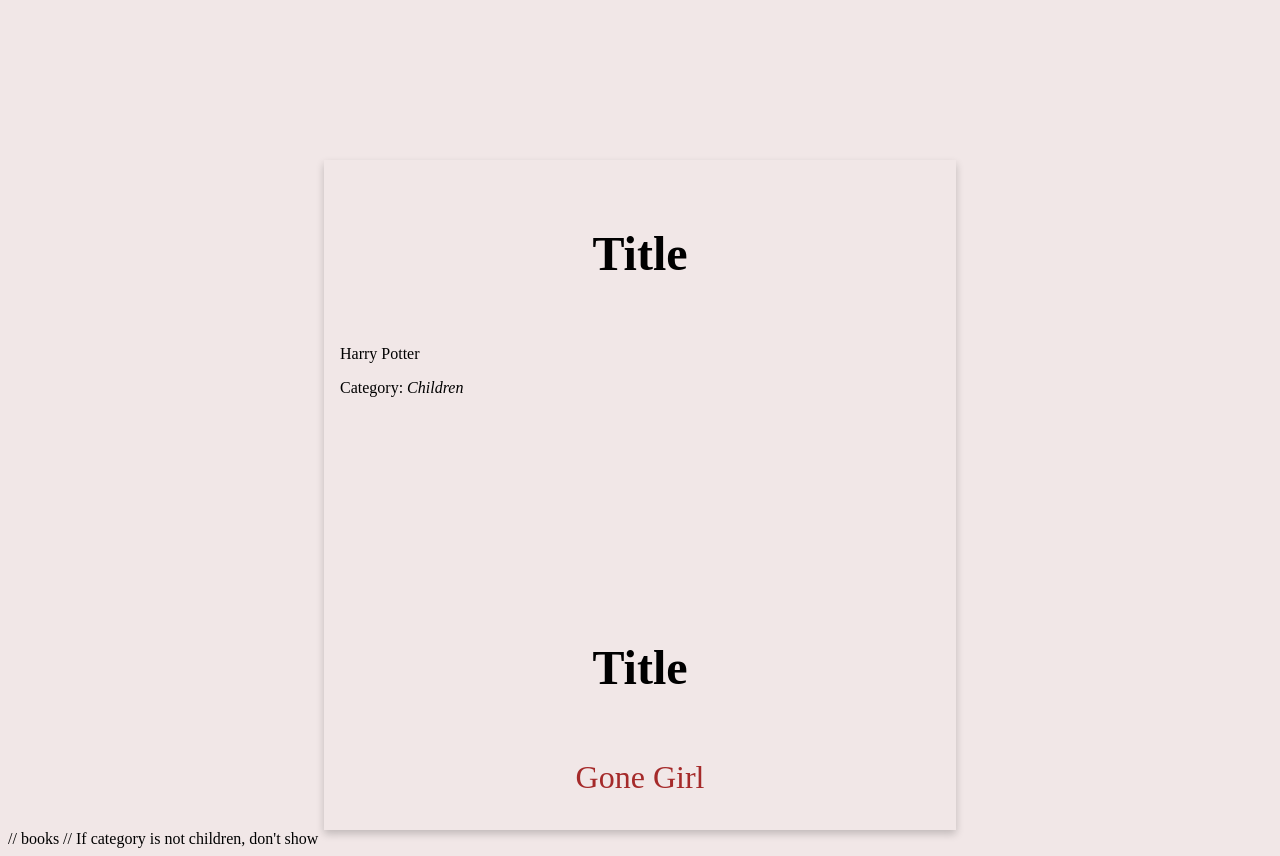
Repository: cyborgEneki/archangel-code-challenge
Page: index.html
An editor plug-in stored every save of this project. The page is shown before and after a run of saves, followed by the edit.
The browser window is 1280 px wide. The pictures show the whole page.
The style sheet was rebuilt from its Sass, Less or Tailwind sources for each picture, by a compiler version that may differ from the author's.

Above is the page before, as saved 2020-11-05 14:08:18.

### index.html
<!DOCTYPE html>
<html lang="en">

<head>
    <link rel="stylesheet" href="assets/css/styles.css">
</head>

<body>
    <div id="main"></div>
    <script src="bower_components/handlebars/handlebars.min.js"></script>
    <script src="bower_components/jquery/dist/jquery.min.js"></script>
    <script type="text/x-handlebars-template" id="template-script">
            <div class="card">
                <div class="card__container">
                    <h4 class="card__heading"><b>Title</b></h4>
                    <p class="card__title-text">Harry Potter</p>
                    <p class="card__category-text">Category: <i>Children</i></p>
                </div>
                <div class="card__container">
                    <h4 class="card__heading"><b>Title</b></h4>
                    <p class="card__text">Gone Girl</p>
                </div>
            </div>
    </script>
    <script src="assets/js/books.js"></script>
    <script src="assets/js/index.js"></script>
</body>
</html>


                    <!-- <p class="card__text">{{compareEquality a b real makeBelieve}}!</p> -->

    // books
    // If category is not children, don't show

### assets/js/index.js
$(function () {
    Handlebars.registerHelper("compareEquality", function (a, b, real, makeBelieve) {
        if (a == b) {
            return real;
        } else {
            return makeBelieve;
        };
    });
    let template = $('#template-script').html(),
        compiled = Handlebars.compile(template),
        rendered = compiled({
            a: 1,
            b: 1,
            real: 'an oblate spheroid',
            makeBelieve: 'flat'
        });
    $('#main').html(rendered);
});

### scss/styles.scss
$peach: #f1e7e7;

body {
    background-color: $peach;
}

.card {
    box-shadow: 0 4px 8px 0 rgba(0, 0, 0, 0.2);
    transition: 0.3s;
    width: 50%;
    margin: 0 auto;

    &__container {
        padding: 2px 16px;
        margin-top: 10rem;
    }

    &__heading {
        font-size: 3rem;
        text-align: center;
    }

    &__text {
        text-align: center;
        font-size: 2rem;
        color: brown;
    }
}

Loaded but not shown: bower_components/handlebars/handlebars.min.js (library); bower_components/jquery/dist/jquery.min.js (library); assets/js/books.js (no stored copy; drawn as an empty file)

After the next 2 saves:
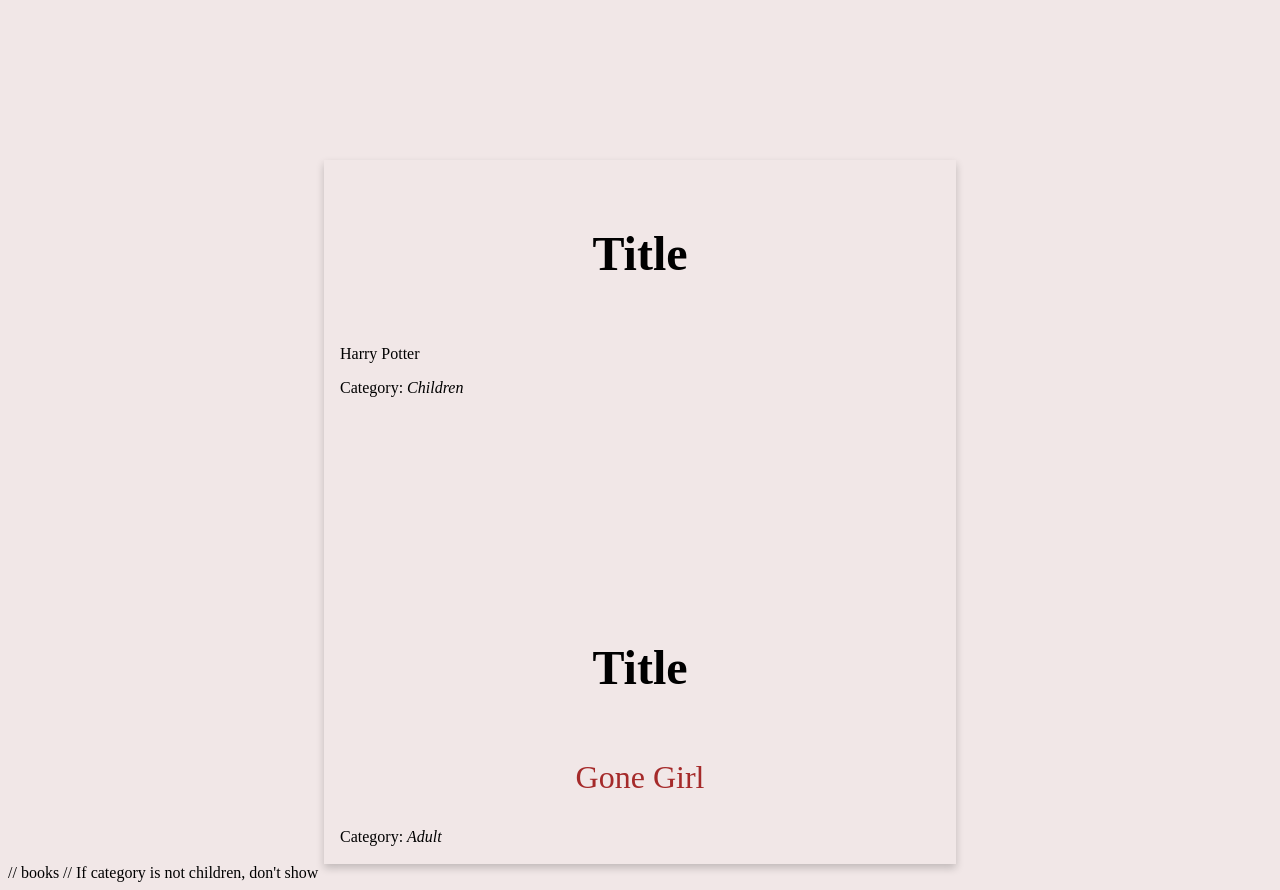
The 2 saves are shown as one change because they came seconds apart.
The last was saved 7 s later.
--- a/index.html
+++ b/index.html
@@ -19,6 +19,7 @@
                 <div class="card__container">
                     <h4 class="card__heading"><b>Title</b></h4>
                     <p class="card__text">Gone Girl</p>
+                    <p class="card__category-text">Category: <i>Adult</i></p>
                 </div>
             </div>
     </script>
